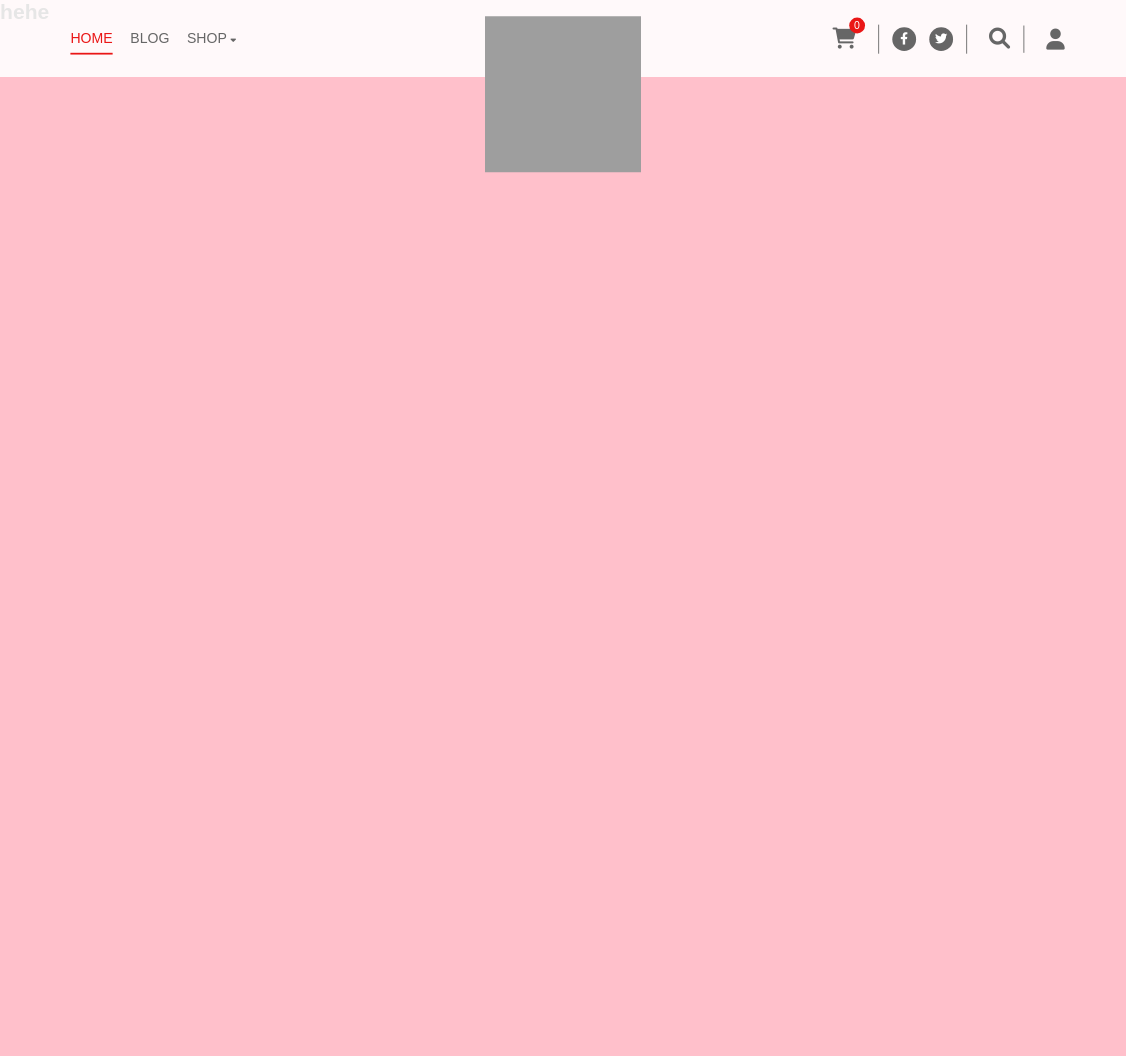
Repository: NguyenDucHung20002/header-and-scroll-top-project-cnpm
Page: blog.html
An editor plug-in stored every save of this project. The page is shown before and after the next save, followed by the edit.
The browser window is 1280 px wide. The pictures show the whole page, at 88% of full size.
Pictures or frames that could not be fetched are drawn as grey boxes. The style sheet was rebuilt from its Sass, Less or Tailwind sources for each picture, by a compiler version that may differ from the author's.

Above is the page before, as saved 2022-09-15 10:25:15.
Console error: TypeError: Cannot read properties of undefined (reading 'top')

### blog.html
<!DOCTYPE html>
<html lang="en">

<head>
    <meta charset="UTF-8">
    <meta http-equiv="X-UA-Compatible" content="IE=edge">
    <meta name="viewport" content="width=device-width, initial-scale=1.0">
    <link rel="stylesheet" href="fontawesome-free-6.1.2-web/css/all.min.css">
    <link rel="stylesheet" href="reset.css">
    <link rel="stylesheet" href="dist/css/blog.css">
    <title>Document</title>
</head>

<body>
    <header>
        <div class="header-top">
            <div class="portion-upper">
                <div class="container">
                    <div class="header-left">
                        <nav>
                            <ul class="wrapper-nav-main">
                                <li class="nav-main active-nav-main"><a class="nav-link-main" href="">Home</a></li>
                                <li class="nav-main"><a class="nav-link-main" href="">Blog</a></li>
                                <li class="drop-down nav-main">
                                    <a class="nav-link-main" href="">Shop <i class="fa-solid fa-caret-down"></i></a>
                                    <div class="shop-down">
                                        <aside class="product-categories">
                                            <h2>PRODUCT CATEGORIES</h2>
                                            <nav>
                                                <ul>
                                                    <li><a href="">Dried</a></li>
                                                    <li><a href="">Frozen</a></li>
                                                    <li><a href="">Fruits</a></li>
                                                    <li><a href="">Organic</a></li>
                                                    <li><a href="">Organic farms</a></li>
                                                    <li><a href="">Uncategorized</a></li>
                                                    <li><a href="">Vegitables</a></li>
                                                </ul>
                                            </nav>
                                        </aside>

                                    </div>
                                </li>
                            </ul>
                        </nav>
                    </div>
                    <div class="header-middle">
                        <div class="icon-home">
                            <a class="link-icon-home" href=""><img
                                    src="https://media.discordapp.net/attachments/954942869192450098/1019808643706781776/4Fruits.png"
                                    alt=""></a>
                        </div>
                    </div>
                    <div class="header-right">
                        <div class="cart">
                            <div class="cart-icon">
                                <i class="fa-solid fa-cart-shopping"></i>
                            </div>
                            <div class="quantity">0</div>
                        </div>
                        <div class="info">
                            <div class="facebook icon-info"><i class="fa-brands fa-facebook-f"></i></div>
                            <div class="twitter icon-info"><i class="fa-brands fa-twitter"></i></div>
                        </div>
                        <div class="search">
                            <i class="fa-solid fa-magnifying-glass"></i>
                            <div class="form-search">
                                <input type="text" placeholder="Search...">
                                <button class="btn-search"><i class="fa-solid fa-magnifying-glass"></i></button>
                            </div>
                        </div>
                        <div class="user">
                            <i class="fa-solid fa-user"></i>
                        </div>
                    </div>
                </div>
            </div>
        </div>
    </header>
    <h2 class="hehe">hehe</h2>
</body>
<script src="https://cdnjs.cloudflare.com/ajax/libs/jquery/3.6.0/jquery.min.js"
    integrity="sha512-894YE6QWD5I59HgZOGReFYm4dnWc1Qt5NtvYSaNcOP+u1T9qYdvdihz0PPSiiqn/+/3e7Jo4EaG7TubfWGUrMQ=="
    crossorigin="anonymous" referrerpolicy="no-referrer"></script>
<script src="./blog.js"></script>

</html>

### reset.css
*,
*::after,
*::before {
  margin: 0;
  padding: 0;
  box-sizing: border-box;
}
a {
  text-decoration: none;
  /* mặc đinh là text-decoration: underline; */
}
ul,
ol {
  list-style: none;
}
input,
button {
  outline: none;
  border: none;
  background: none;
}
table,
th,
td {
  border-collapse: collapse;
}

/* Type number: delete ô increment, decrement */
input[type="number"]::-webkit-outer-spin-button,
input[type="number"]::-webkit-inner-spin-button {
  display: none;
  margin: 0;
}

### blog.js
$(document).ready(function () {
  const body = $("html, body");
  const getbody = $("body");

  //------- sự kiện scroll ---------

  const heightWin = $(window).height();
  //icon home
  const iconHome = $(".link-icon-home");
  //banner below
  const bannerBelow = document.querySelectorAll(".wrapper-fruit");
  const topBannerBelow = $(".wrapper-banner").offset().top;
  //btn scroll to top
  const btnScrollTop = $(".btn-to-top");
  actionScroll();
  // catch eventing scroll window
  $(window).scroll(function () {
    actionScroll();
  });
  function actionScroll() {
    let top = $("html, body").scrollTop();
    //scrolling animation icon home
    if (top > 10) {
      iconHome.css({
        transform: "scale(0.7) translateY(-30px)",
      });
    } else {
      iconHome.css({
        transform: "scale(1) translateY(0)",
      });
    }
    //scrolling animation banner below
    if (top + heightWin >= topBannerBelow) {
      bannerBelow.forEach((val, index) => {
        val.classList.add(`action-banner-${index + 1}`);
      });
    }
    //btn scrolling to top
    if (top >= 200) {
      btnScrollTop.addClass("action-show");
    } else {
      btnScrollTop.removeClass("action-show");
    }
  }

  //-----------sự kiện click-------------

  //----------- click to scroll to top ------------
  $(btnScrollTop).click(function (e) {
    e.preventDefault();
    body.animate(
      {
        scrollTop: 0,
      },
      500
    );
  });
});

### blog.scss
.container {
  margin: 0 auto;
  width: 1170px;
}
* {
  font-family: "Poppins", sans-serif;
}
$headerTopUP: #ffffff;
header {
  .header-top {
    z-index: 100;
    position: fixed;
    width: 100%;
    .portion-upper {
      background-color: rgba(#ffffff, 0.9);
      padding: 15px 0;
      .container {
        padding: 0 15px;
        display: flex;
        justify-content: space-between;
        align-items: center;
        position: relative;
        .header-left {
          .wrapper-nav-main {
            display: flex;
            justify-content: center;
            align-items: center;
            .nav-main {
              margin: 0 10px;
              .nav-link-main {
                padding: 10px 0;
                font-size: 16px;
                text-transform: uppercase;
                color: #666666;
                position: relative;
                &::after {
                  content: "";
                  position: absolute;
                  bottom: 0;
                  right: 0;
                  width: 0;
                  height: 2px;
                  background-color: #ea1616;
                  transition: 0.3s;
                }
                &:hover {
                  color: #ab1e32;
                  &::after {
                    left: 0;
                    width: 100%;
                  }
                }
                i {
                  font-size: 10px;
                }
              }
              &.active-nav-main {
                .nav-link-main {
                  color: #ea1616;
                  &::after {
                    content: "";
                    width: 100%;
                    height: 2px;
                  }
                }
              }
            }
            .drop-down {
              position: relative;
              &:hover {
                .shop-down {
                  opacity: 1;
                  visibility: visible;
                }
              }
              .shop-down {
                background-color: #ffffff;
                position: absolute;
                top: calc(100% + 10px);
                right: 0;
                transform: translate(50px);
                transition: 0.3s;
                opacity: 0;
                visibility: hidden;
                border: 1px rgba(#666666, 0.2) solid;
                max-width: 250px;
                .product-categories {
                  width: 100%;
                  flex: 1;
                  border-right: 1px rgba(#666666, 0.2) solid;
                  h2 {
                    width: 100%;
                    font-size: 16px;
                    font-weight: 700;
                    padding: 30px 30px;
                    white-space: nowrap;
                    color: #666666;
                    border-bottom: 1px #666666 solid;
                  }
                  ul {
                    li {
                      width: 100%;
                      a {
                        width: 100%;
                        border-top: 1px rgba(#666666, 0.3) solid;
                        display: inline-block;
                        font-size: 14px;
                        color: #666666;
                        padding: 15px 20px;
                        transition: 0.2s;
                        &:hover {
                          background-color: #3a3939;
                          color: $headerTopUP;
                        }
                      }
                    }
                  }
                }
              }
            }
          }
        }
        .header-middle {
          position: absolute;
          left: 50%;
          top: 0;
          z-index: 11;
          .icon-home {
            transform: translate(-50%, 10px);
            a {
              position: relative;
              background-color: #f0f7ef;
              transition: 0.3s;
              width: 164px;
              height: 164px;
              display: inline-block;
              border-radius: 50%;
              border: 1px solid #fcdc28;
              cursor: pointer;
              img {
                position: absolute;
                top: 50%;
                left: 50%;
                transform: translate(-50%, -50%);
                z-index: 1;
                width: 110%;
                height: 110%;
              }
            }
          }
        }
        .header-right {
          display: flex;
          justify-content: center;
          align-items: center;
          .cart {
            cursor: pointer;
            position: relative;
            .cart-icon {
              font-size: 24px;
              color: #666666;
            }
            .quantity {
              color: #ffffff;
              position: absolute;
              width: 18px;
              height: 18px;
              background-color: #ea1616;
              font-size: 12px;
              bottom: 70%;
              left: 70%;
              border-radius: 50%;
              text-align: center;
              line-height: 18px;
            }
          }
          .info {
            font-size: 14px;
            padding: 3px 15px;
            margin: 0 25px;
            border-left: 1px #666666 solid;
            border-right: 1px #666666 solid;
            display: flex;
            justify-content: center;
            align-items: center;
            .icon-info {
              width: 27px;
              height: 27px;
              cursor: pointer;
              background-color: #666666;
              border-radius: 50%;
              text-align: center;
              i {
                line-height: 27px;
                color: #ffffff;
                transition: 0.3s;
              }
            }
            .facebook {
              margin-right: 15px;
              transition: 0.3s;
              &:hover {
                background-color: #3b5998;
                i {
                  color: $headerTopUP;
                }
              }
            }
            .twitter {
              transition: 0.3s;
              &:hover {
                background-color: #55acee;
                i {
                  color: $headerTopUP;
                }
              }
            }
          }
          .search {
            font-size: 24px;
            cursor: pointer;
            color: #666666;
            position: relative;
            padding: 15px 0;
            margin-right: 15px;
            &:hover {
              .form-search {
                opacity: 1;
                visibility: visible;
                transform: translateY(10px);
              }
            }
            .form-search {
              right: 0;
              transition: 0.3s;
              opacity: 0;
              visibility: hidden;
              position: absolute;
              min-width: 280px;
              background-color: #ffffff;
              border-radius: 5px;
              padding: 15px;
              display: flex;
              input {
                flex-grow: 1;
                padding: 10px 20px;
                background-color: #f4f4f4;
                &::placeholder {
                  color: #222222;
                  transition: 0.3s;
                }
                &:focus {
                  &::placeholder {
                    opacity: 0;
                  }
                }
              }
              .btn-search {
                width: 50px;
                height: 50px;
                background-color: #f4f4f4;
                cursor: pointer;
              }
            }
          }
          .user {
            border-left: #666666 1px solid;
            padding: 3px 0;
            i {
              font-size: 24px;
              line-height: 24px;
              cursor: pointer;
              color: #666666;
              padding-left: 25px;
            }
          }
        }
      }
    }
  }
}
.hehe {
  width: 100vw;
  height: 1200px;
  background-color: pink;
}

Loaded but not shown: fontawesome-free-6.1.2-web/css/all.min.css (library)

After the next save:
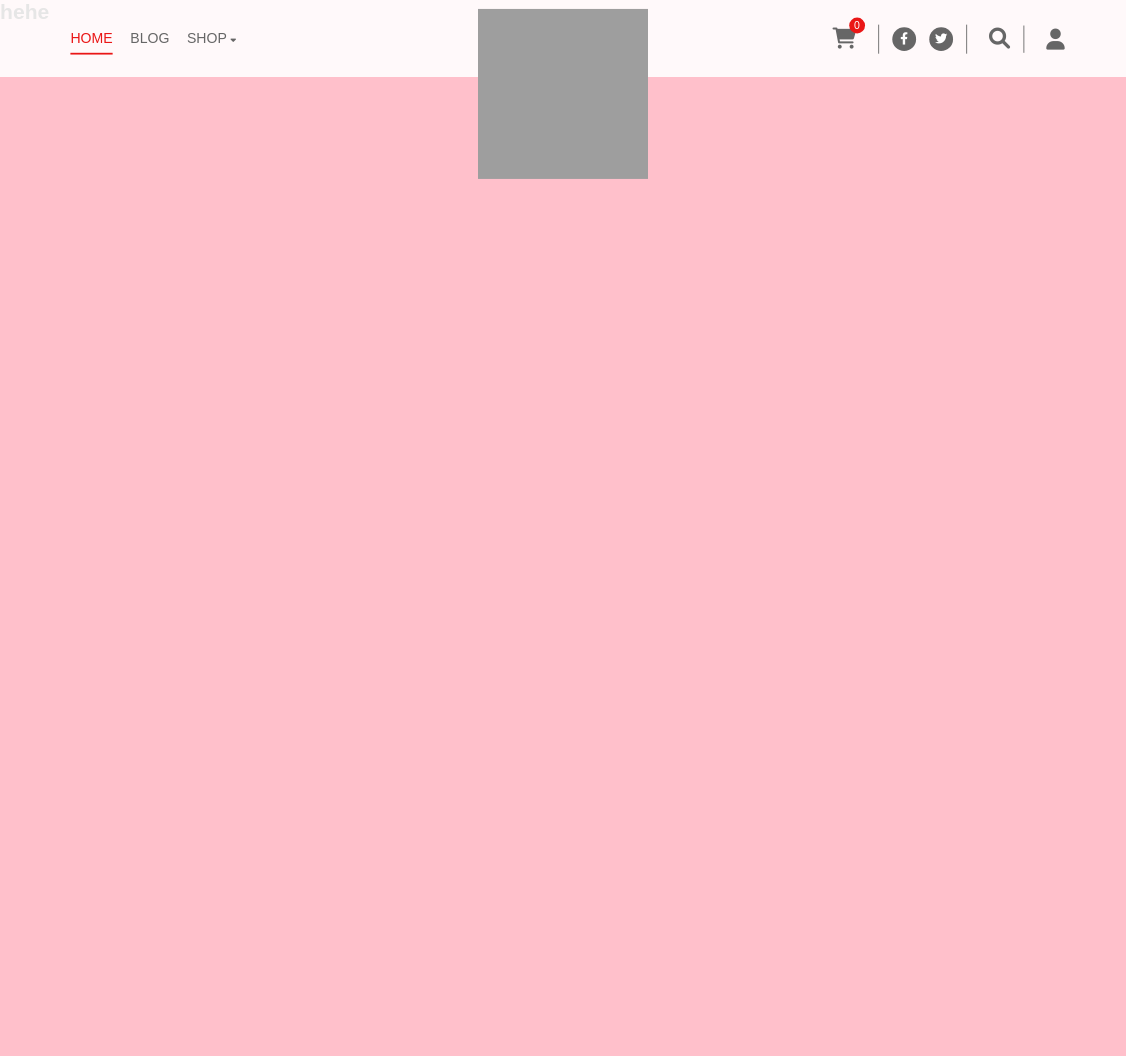
Saved 13 s later.
--- a/blog.scss
+++ b/blog.scss
@@ -143,8 +143,8 @@
                 left: 50%;
                 transform: translate(-50%, -50%);
                 z-index: 1;
-                width: 110%;
-                height: 110%;
+                width: 120%;
+                height: 120%;
               }
             }
           }
